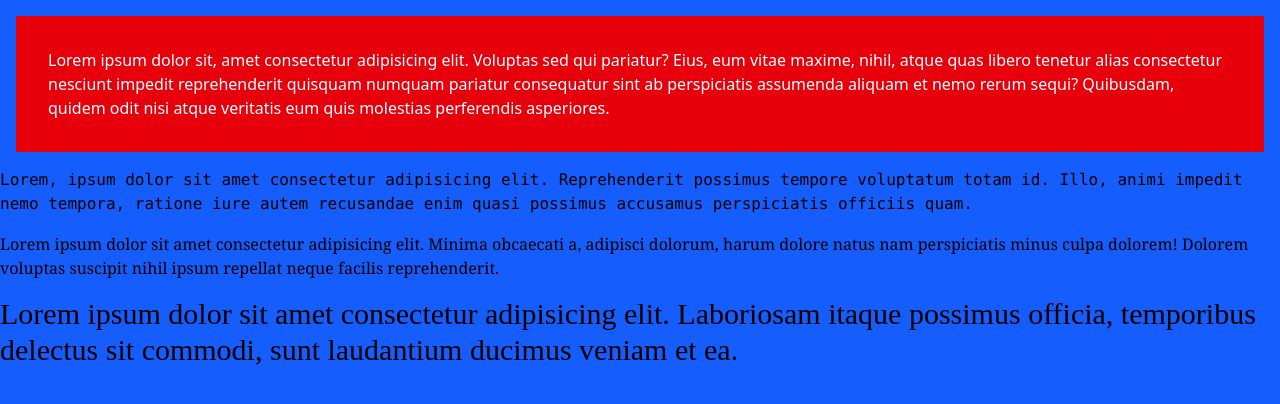
Repository: DinTri/TailwindCss
Page: index.html
These files come from the project's save history. The page is drawn as it stood at one moment and after the next save; the edit follows.
The browser window is 1280 px wide. The pictures show the whole page.
Some web fonts or font styles are not loaded; a fallback is used.

Above is the page before, as saved 2025-06-07 01:57:11.

### index.html
<!DOCTYPE html>
<html lang="en">
  <head>
    <meta charset="UTF-8">
    <meta name="viewport" content="width=device-width, initial-scale=1">
    <title>Play with Tailwind</title>
    <link rel="preconnect" href="https://fonts.googleapis.com">
<link rel="preconnect" href="https://fonts.gstatic.com" crossorigin>
<link href="https://fonts.googleapis.com/css2?family=Edu+VIC+WA+NT+Hand+Pre:wght@400..700&display=swap" rel="stylesheet">
    <link rel="stylesheet" href="style.css">
    </head>
  <body class="bg-blue-600 space-y-4">
    <p class="text=2xl text-white font-sans m-4 p-4 lg:p-8 lg:bg-red-600">Lorem ipsum dolor sit, amet consectetur adipisicing elit. Voluptas sed qui pariatur? Eius, eum vitae maxime, nihil, atque quas libero tenetur alias consectetur nesciunt impedit reprehenderit quisquam numquam pariatur consequatur sint ab perspiciatis assumenda aliquam et nemo rerum sequi? Quibusdam, quidem odit nisi atque veritatis eum quis molestias perferendis asperiores.</p>
    <p class="font-mono">Lorem, ipsum dolor sit amet consectetur adipisicing elit. Reprehenderit possimus tempore voluptatum totam id. Illo, animi impedit nemo tempora, ratione iure autem recusandae enim quasi possimus accusamus perspiciatis officiis quam.</p>
    <p class="font-serif">Lorem ipsum dolor sit amet consectetur adipisicing elit. Minima obcaecati a, adipisci dolorum, harum dolore natus nam perspiciatis minus culpa dolorem! Dolorem voluptas suscipit nihil ipsum repellat neque facilis reprehenderit.</p>
    <p class="text-3xl font-edu">Lorem ipsum dolor sit amet consectetur adipisicing elit. Laboriosam itaque possimus officia, temporibus delectus sit commodi, sunt laudantium ducimus veniam et ea.</p>
  </body>
</html>

Loaded but not shown: style.css (2230 lines, source omitted)

After the next save:
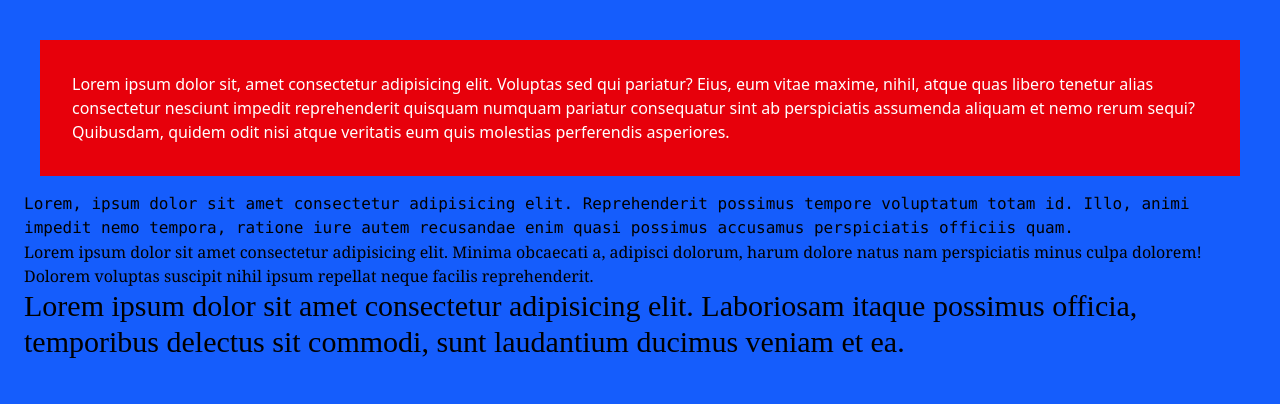
Saved 67 s later.
--- a/index.html
+++ b/index.html
@@ -10,9 +10,10 @@
     <link rel="stylesheet" href="style.css">
     </head>
   <body class="bg-blue-600 space-y-4">
+    <div class="m-2 p-4">
     <p class="text=2xl text-white font-sans m-4 p-4 lg:p-8 lg:bg-red-600">Lorem ipsum dolor sit, amet consectetur adipisicing elit. Voluptas sed qui pariatur? Eius, eum vitae maxime, nihil, atque quas libero tenetur alias consectetur nesciunt impedit reprehenderit quisquam numquam pariatur consequatur sint ab perspiciatis assumenda aliquam et nemo rerum sequi? Quibusdam, quidem odit nisi atque veritatis eum quis molestias perferendis asperiores.</p>
     <p class="font-mono">Lorem, ipsum dolor sit amet consectetur adipisicing elit. Reprehenderit possimus tempore voluptatum totam id. Illo, animi impedit nemo tempora, ratione iure autem recusandae enim quasi possimus accusamus perspiciatis officiis quam.</p>
     <p class="font-serif">Lorem ipsum dolor sit amet consectetur adipisicing elit. Minima obcaecati a, adipisci dolorum, harum dolore natus nam perspiciatis minus culpa dolorem! Dolorem voluptas suscipit nihil ipsum repellat neque facilis reprehenderit.</p>
-    <p class="text-3xl font-edu">Lorem ipsum dolor sit amet consectetur adipisicing elit. Laboriosam itaque possimus officia, temporibus delectus sit commodi, sunt laudantium ducimus veniam et ea.</p>
+    <p class="text-3xl font-edu">Lorem ipsum dolor sit amet consectetur adipisicing elit. Laboriosam itaque possimus officia, temporibus delectus sit commodi, sunt laudantium ducimus veniam et ea.</p></div>
   </body>
 </html>
